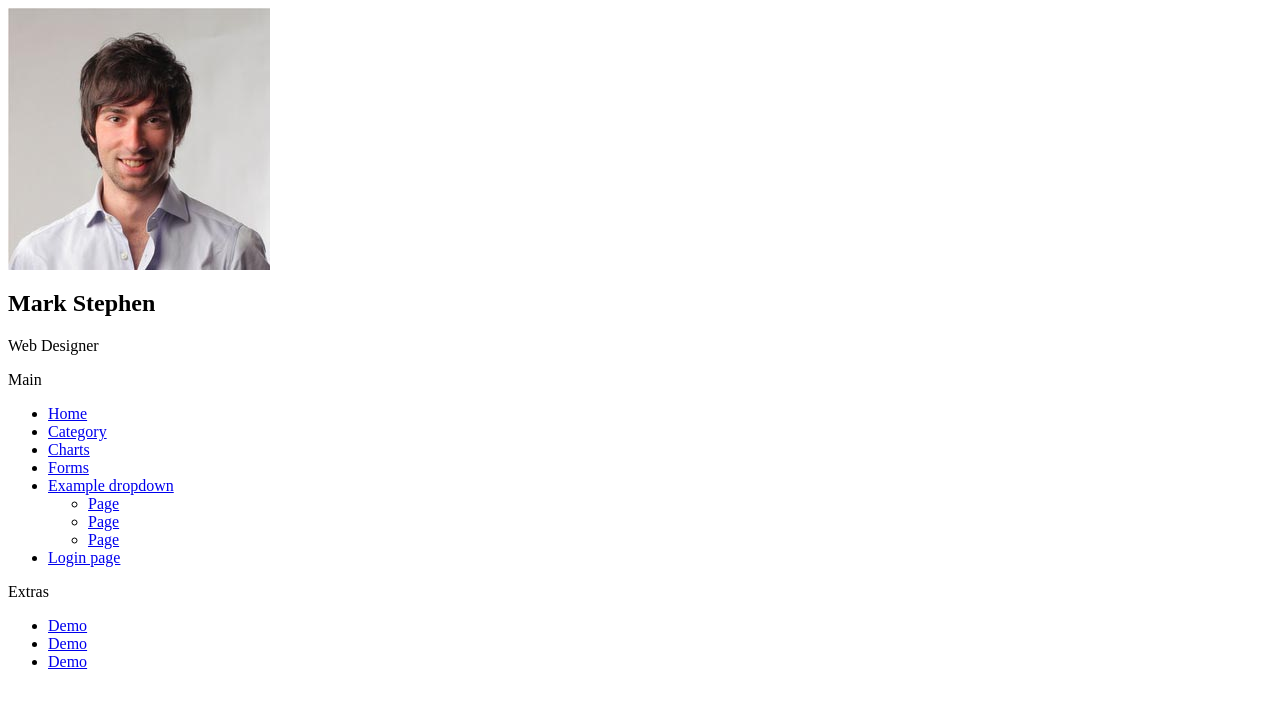
Repository: hahuuchinh2501/ecommerce_project
Page: resources/views/admin/sidebar.blade.php
These files come from the project's save history. The page is drawn as it stood at one moment and after the next save; the edit follows.
The browser window is 1280 px wide. The pictures show the whole page.
The page is served by the project's Laravel application, run on PHP 8.4 with Laravel 12. Other server files are loaded and not shown. The template is opened directly, without the code that normally fills it, so the values that code supplies are empty.

Above is the page before, as saved 2025-03-31 20:07:47.

### routes/web.php
<?php

use App\Http\Controllers\ProfileController;
use Illuminate\Support\Facades\Route;

use App\Http\Controllers\HomeController;

route::get('/',[HomeController::class,'home']);

Route::get('/dashboard', function () {
    return view('dashboard');
})->middleware(['auth', 'verified'])->name('dashboard');

Route::middleware('auth')->group(function () {
    Route::get('/profile', [ProfileController::class, 'edit'])->name('profile.edit');
    Route::patch('/profile', [ProfileController::class, 'update'])->name('profile.update');
    Route::delete('/profile', [ProfileController::class, 'destroy'])->name('profile.destroy');
});

require __DIR__.'/auth.php';


route::get('admin/dashboard',[HomeController::class,'index'])->middleware(['auth','admin']);

### resources/views/admin/sidebar.blade.php
 <div class="d-flex align-items-stretch">
      <!-- Sidebar Navigation-->
      <nav id="sidebar">
        <!-- Sidebar Header-->
        <div class="sidebar-header d-flex align-items-center">
          <div class="avatar"><img src="{{ asset('admincss/img/avatar-6.jpg') }}" alt="..." class="img-fluid rounded-circle"></div>
          <div class="title">
            <h1 class="h5">Mark Stephen</h1>
            <p>Web Designer</p>
          </div>
        </div>
        <!-- Sidebar Navidation Menus--><span class="heading">Main</span>
        <ul class="list-unstyled">
                <li class="active"><a href="index.html"> <i class="icon-home"></i>Home </a></li>
                <li><a href="tables.html"> <i class="icon-grid"></i>Category </a></li>
                <li><a href="charts.html"> <i class="fa fa-bar-chart"></i>Charts </a></li>
                <li><a href="forms.html"> <i class="icon-padnote"></i>Forms </a></li>
                <li><a href="#exampledropdownDropdown" aria-expanded="false" data-toggle="collapse"> <i class="icon-windows"></i>Example dropdown </a>
                  <ul id="exampledropdownDropdown" class="collapse list-unstyled ">
                    <li><a href="#">Page</a></li>
                    <li><a href="#">Page</a></li>
                    <li><a href="#">Page</a></li>
                  </ul>
                </li>
                <li><a href="login.html"> <i class="icon-logout"></i>Login page </a></li>
        </ul><span class="heading">Extras</span>
        <ul class="list-unstyled">
          <li> <a href="#"> <i class="icon-settings"></i>Demo </a></li>
          <li> <a href="#"> <i class="icon-writing-whiteboard"></i>Demo </a></li>
          <li> <a href="#"> <i class="icon-chart"></i>Demo </a></li>
        </ul>
      </nav>

Loaded but not shown: app/Providers/AppServiceProvider.php (common file); routes/auth.php (common file); app/Http/Controllers/Auth/EmailVerificationPromptController.php (common file); app/Http/Controllers/Controller.php (common file); app/Http/Controllers/Auth/VerifyEmailController.php (common file)

After the next save:
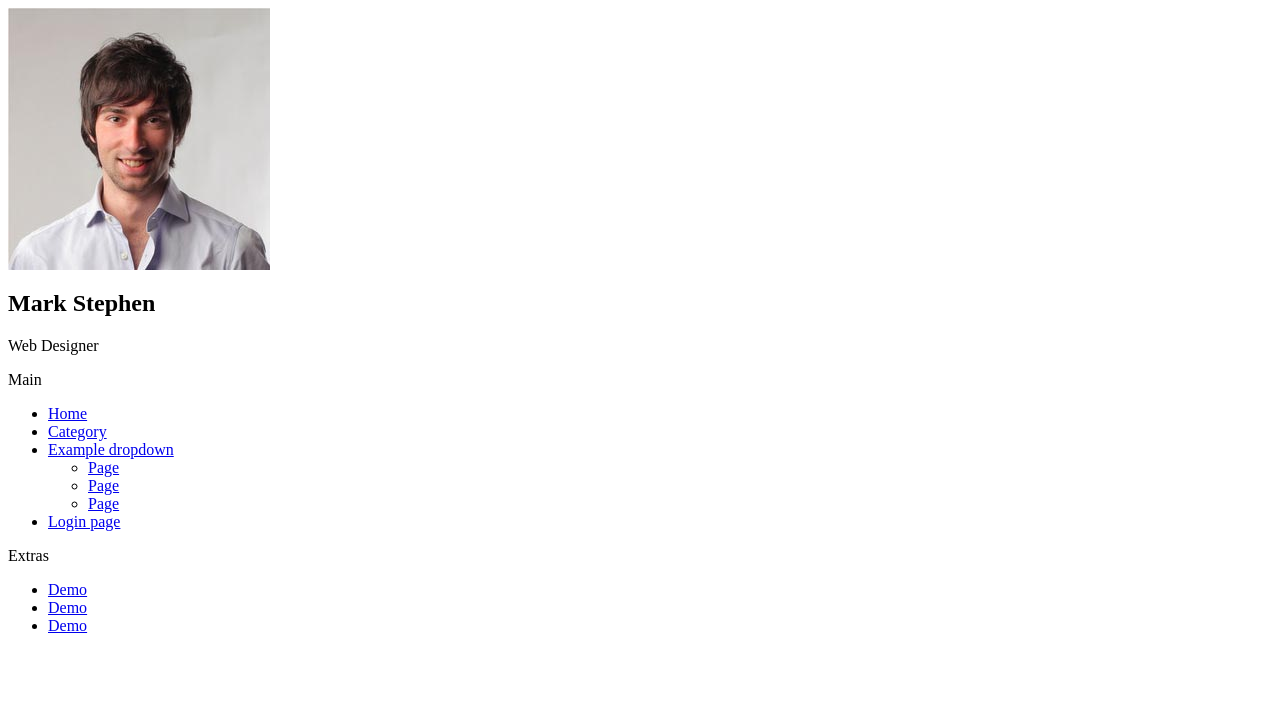
Saved 21 s later.
--- a/resources/views/admin/sidebar.blade.php
+++ b/resources/views/admin/sidebar.blade.php
@@ -13,8 +13,7 @@
         <ul class="list-unstyled">
                 <li class="active"><a href="index.html"> <i class="icon-home"></i>Home </a></li>
                 <li><a href="tables.html"> <i class="icon-grid"></i>Category </a></li>
-                <li><a href="charts.html"> <i class="fa fa-bar-chart"></i>Charts </a></li>
-                <li><a href="forms.html"> <i class="icon-padnote"></i>Forms </a></li>
+
                 <li><a href="#exampledropdownDropdown" aria-expanded="false" data-toggle="collapse"> <i class="icon-windows"></i>Example dropdown </a>
                   <ul id="exampledropdownDropdown" class="collapse list-unstyled ">
                     <li><a href="#">Page</a></li>
